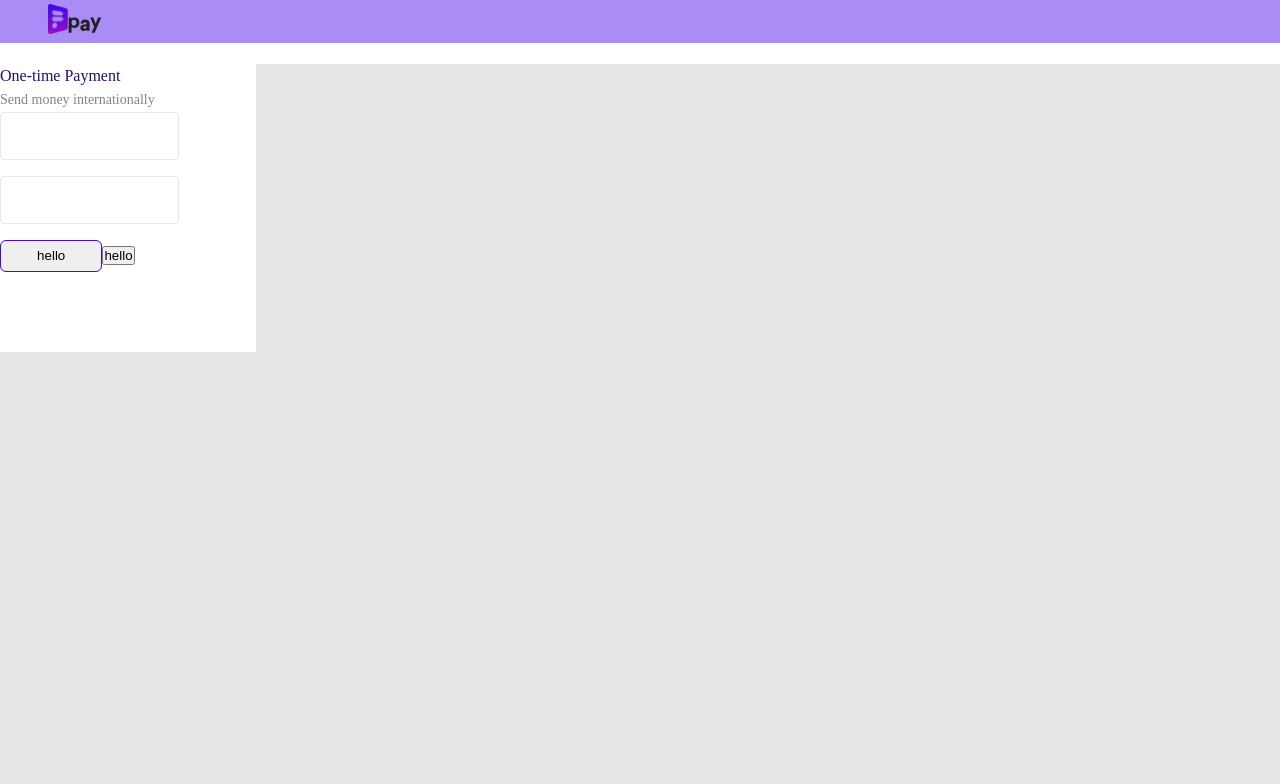
Repository: nilesjamex/fincra
Page: /
An editor plug-in stored every save of this project. The page is shown before and after the next save, followed by the edit.
The browser window is 1280 px wide. The pictures show the whole page.
The project was rebuilt for these pictures with package versions that can differ from the ones it lists, and the page was loaded fresh each time. The framework's server and built-in components were replaced by stand-ins that run in the browser. Also part of the build but not shown: next.config.js.

Above is the page before, as saved 2021-11-01 11:11:15.

After the next save:
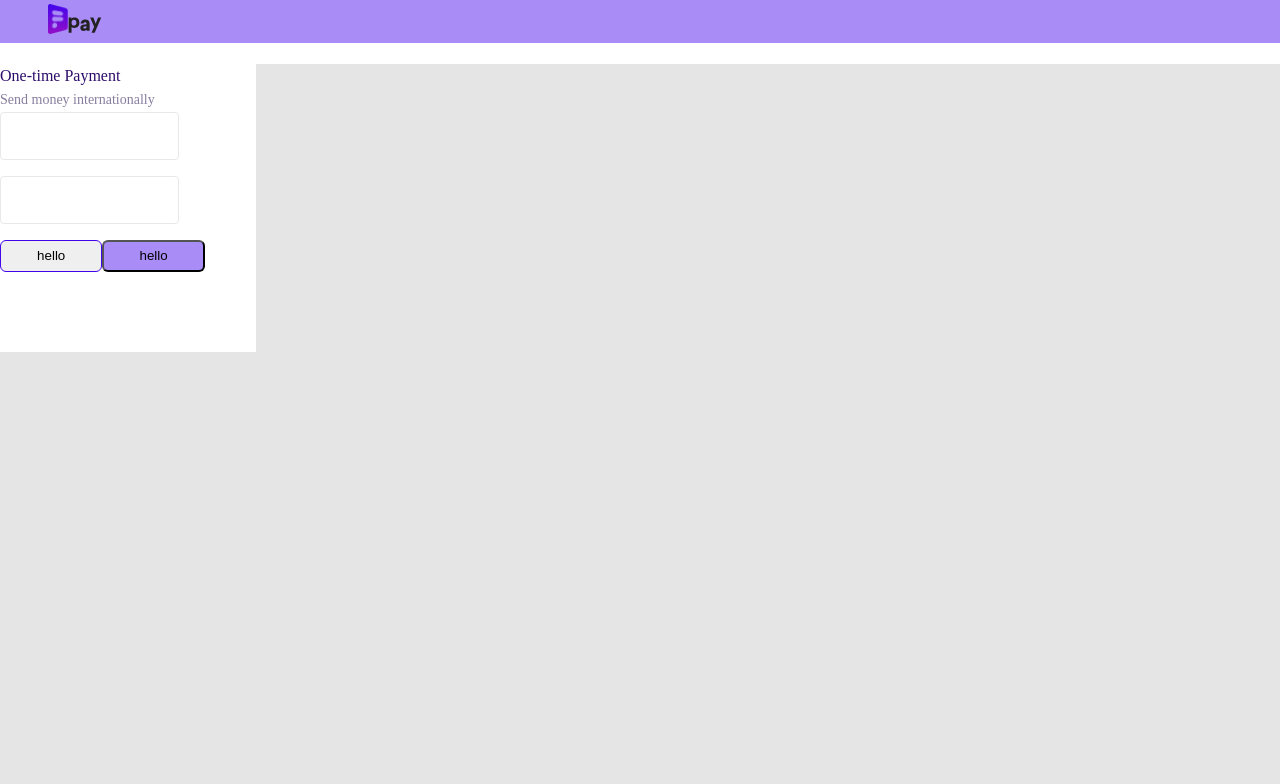
Saved 118 s later.
--- a/Components/pay.module.css
+++ b/Components/pay.module.css
@@ -41,3 +41,9 @@
     box-sizing: border-box;
     border-radius: 6px;
 }
+.continue {
+    height: 2rem;
+    width: 40%;
+    background: #A98CF6;
+    border-radius: 6px;
+}
